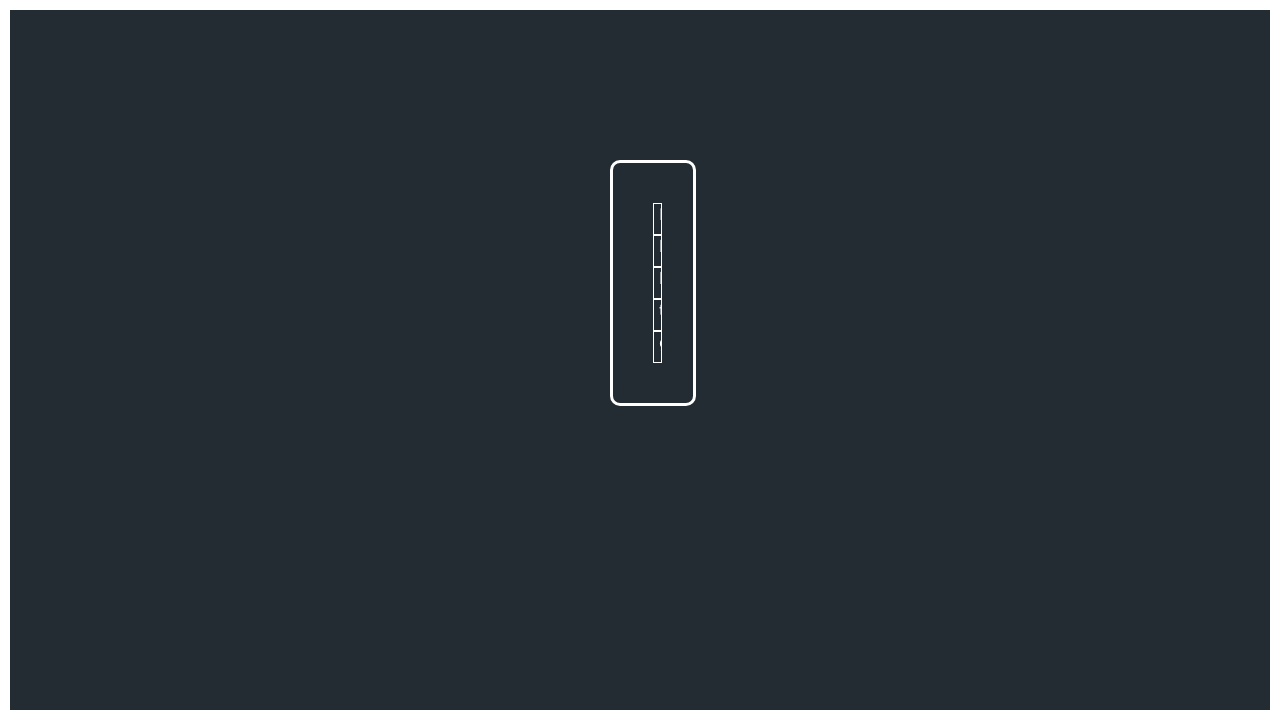
Repository: wakoya-tech/react-project
Page: Desktop/shaakala/aschu/index.html
The author's editor kept a copy of each file at every save. The page is drawn from the files as they stood at one save, then again after the next save.
The browser window is 1280 px wide. The pictures show the whole page.

Above is the page before, as saved 2025-08-29 20:31:42.

After the next save:
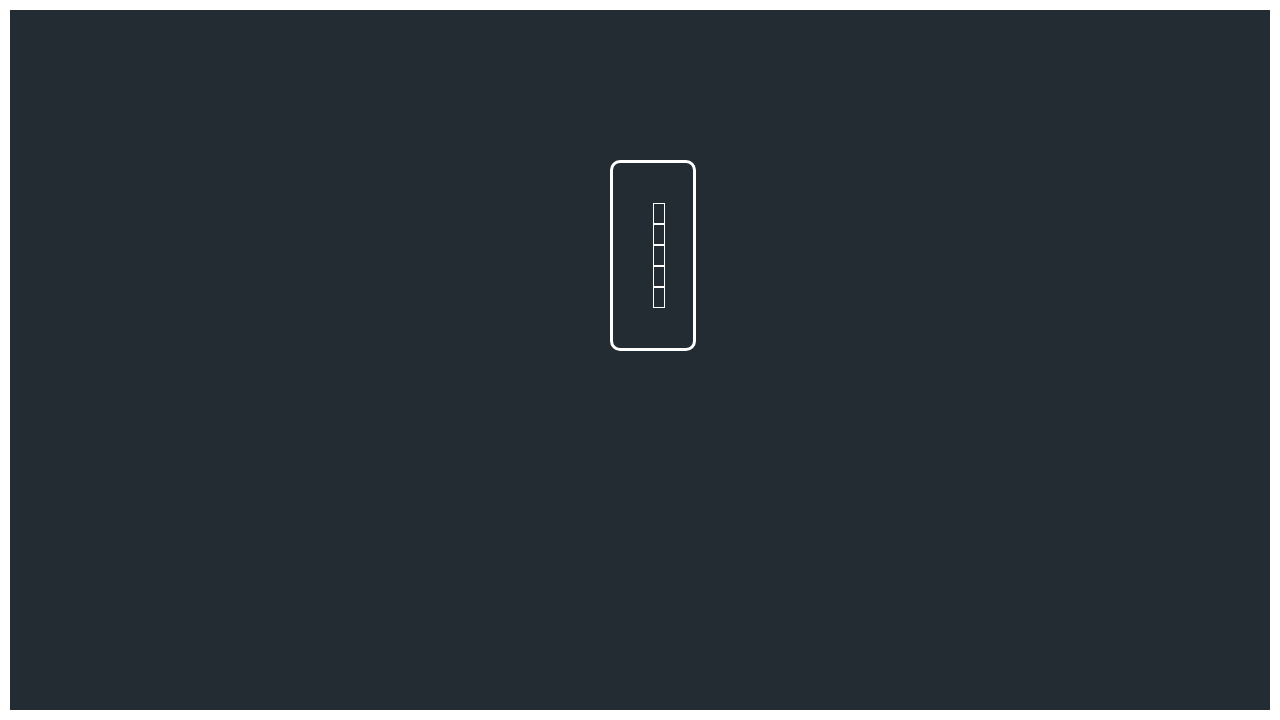
Saved 19 s later.
--- a/Desktop/shaakala/aschu/index.html
+++ b/Desktop/shaakala/aschu/index.html
@@ -41,7 +41,7 @@
 .list-items{
      border: 1px solid white;
      overflow: hidden;
-     padding: 1px 2px 10px 5px;
+     padding-left: 10px;
 }
 </style>
 <body>
